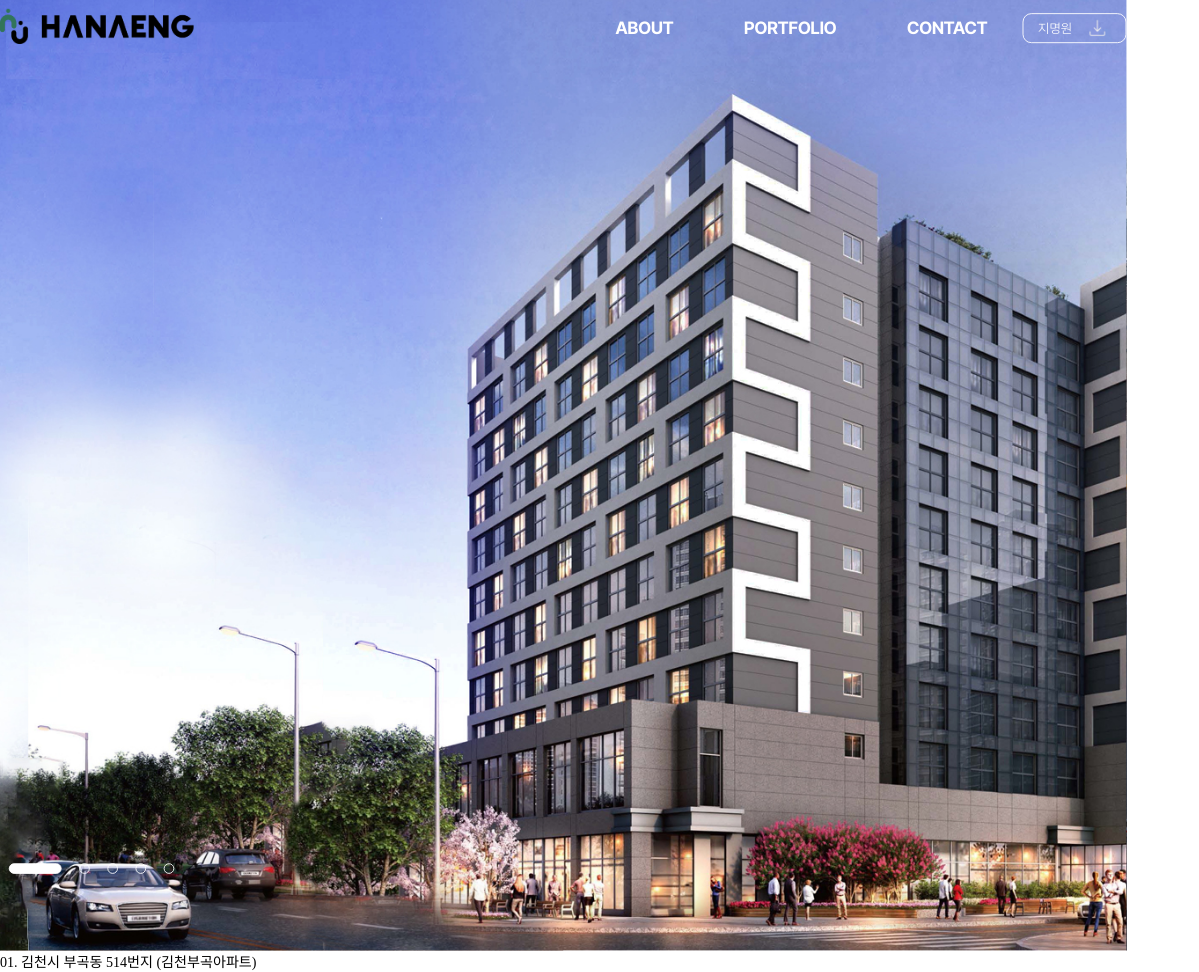
Repository: makeditWeb/hanaenc
Page: main.html
These files come from the project's save history. The page is drawn as it stood at one moment and after the next save; the edit follows.
The browser window is 1280 px wide. The page is 1280 px wide, then 1363 px, so the pictures cover 1363 px, including what lies to the right of the window. The pictures show the whole page, at 88% of full size.
Some web libraries are served in a nearby version.

Above is the page before, as saved 2023-07-05 18:30:55.

### main.html
<!DOCTYPE html>
<html lang="en">
<head>
    <meta charset="UTF-8">
    <meta name="viewport" content="width=device-width, initial-scale=1.0">
    <title>Document</title>

    <link rel="stylesheet" href="./css/style.css">

    <link rel="stylesheet" type="text/css" href="//cdn.jsdelivr.net/npm/slick-carousel@1.8.1/slick/slick.css"/>
</head>
<body>
    <header id="nav-menu" aria-label="navigation bar">
        <div class="container">
            <div class="nav-start">
                <a class="logo" href="/">
                    <img src="./image/logo_b.png"alt="Logo" />
                </a>

            </div>



            <div class="nav-end">
                <nav class="menu">
                    <ul class="menu-bar">
                        <li>
                            <button class="nav-link dropdown-btn" data-dropdown="dropdown1" aria-haspopup="true"
                                aria-expanded="false" aria-label="discover">
                                ABOUT
                            </button>
                            <div id="dropdown1" class="dropdown">
                                <ul role="menu">
                                    <li>
                                        <span class="dropdown-link-title">Browse Categories</span>
                                    </li>
                                    <li role="menuitem">
                                        <a class="dropdown-link" href="#branding">Branding</a>
                                    </li>
                                    <li role="menuitem">
                                        <a class="dropdown-link" href="#illustrations">Illustration</a>
                                    </li>
                                </ul>
                            </div>
                        </li>
                        <li><a class="nav-link" href="/">PORTFOLIO</a></li>
                        <li><a class="nav-link" href="/">CONTACT</a></li>
                    </ul>
                </nav>
                <div class="download_wrap">
                    <p>지명원</p>
                    <img src="./image/navbar_down_w.png">
                </div>
                <button id="hamburger" aria-label="hamburger" aria-haspopup="true" aria-expanded="false">
                    <i class="bx bx-menu" aria-hidden="true"></i>
                </button>
            </div>
        </div>
    </header>

    <section class="main">
        <div class="main-slide-wrap">
            <div class="main-slide">
                <img src="./image/main_slide1.jpg" alt="slide1">
                <p class="slide_title">01. 김천시 부곡동 514번지 (김천부곡아파트)</p>
            </div>
            <div class="main-slide">
                <img src="./image/main_slide2.jpg" alt="slide1">
                <p class="slide_title">01. 김천시 부곡동 514번지 (김천부곡아파트)</p>
            </div>
            <div class="main-slide">
                <img src="./image/main_slide3.jpg" alt="slide1">
                <p class="slide_title">01. 김천시 부곡동 514번지 (김천부곡아파트)</p>
            </div>
            <div class="main-slide">
                <img src="./image/main_slide4.jpg" alt="slide1">
                <p class="slide_title">01. 김천시 부곡동 514번지 (김천부곡아파트)</p>
            </div>
            <div class="main-slide">
                <img src="./image/main_slide5.jpg" alt="slide1">
                <p class="slide_title">01. 김천시 부곡동 514번지 (김천부곡아파트)</p>
            </div>
        </div>
    </section>
</body>

<script type="text/javascript" src="//code.jquery.com/jquery-1.11.0.min.js"></script>
<script type="text/javascript" src="//cdn.jsdelivr.net/npm/slick-carousel@1.8.1/slick/slick.min.js"></script>
<script src="./js/main.js"></script>

<script>
    $(document).ready(function () {
        $('.main-slide-wrap').slick({
            infinite: true,
            slidesToShow: 1,
            dots: true,
            arrows:false,
        });
    });
</script>
</html>

### css/style.css
* {
    margin: 0;
    padding: 0;
    box-sizing: border-box;
}

:root {
    --dark-grey: #333333;
    --medium-grey: #636363;
    --light-grey: #eeeeee;
    --ash: #f4f4f4;
    --primary-color: #2b72fb;
    --white: white;
    --border: 1px solid var(--light-grey);
    --shadow: rgba(0, 0, 0, 0.05) 0px 6px 24px 0px,
        rgba(0, 0, 0, 0.08) 0px 0px 0px 1px;
}


@font-face {
    font-family: 'Pretendard-Thin';
    src: url('../font/Pretendard-Thin.woff') format('woff'),
        url('../font/Pretendard-Thin.woff2') format('woff2');
    font-weight: 100;
    font-style: normal;
}

@font-face {
    font-family: 'Pretendard-ExtraLight';
    src: url('../font/Pretendard-ExtraLight.woff') format('woff'),
    url('../font/Pretendard-ExtraLight.woff2') format('woff2');
    font-weight: 200;
    font-style: normal;
}

@font-face {
    font-family: 'Pretendard-Light';
    src: url('../font/Pretendard-Light.woff') format('woff'),
    url('../font/Pretendard-Light.woff2') format('woff2');
    font-weight: 300;
    font-style: normal;
}

@font-face {
    font-family: 'Pretendard-Regular';
    src: url('../font/Pretendard-Regular.woff') format('woff'),
    url('../font/Pretendard-Regular.woff2') format('woff2');
    font-weight: 400;
    font-style: normal;
}

@font-face {
    font-family: 'Pretendard-Medium';
    src: url('../font/Pretendard-Medium.woff') format('woff'),
    url('../font/Pretendard-Medium.woff2') format('woff2');
    font-weight: 500;
    font-style: normal;
}

@font-face {
    font-family: 'Pretendard-SemiBold';
    src: url('../font/Pretendard-SemiBold.woff') format('woff'),
    url('../font/Pretendard-SemiBold.woff2') format('woff2');
    font-weight: 600;
    font-style: normal;
}

@font-face {
    font-family: 'Pretendard-Bold';
    src: url('../font/Pretendard-Bold.woff') format('woff'),
    url('../font/Pretendard-Bold.woff2') format('woff2');
    font-weight: 700;
    font-style: normal;
}

@font-face {
    font-family: 'Pretendard-ExtraBold';
    src: url('../font/Pretendard-ExtraBold.woff') format('woff'),
    url('../font/Pretendard-ExtraBold.woff2') format('woff2');
    font-weight: 800;
    font-style: normal;
}

@font-face {
    font-family: 'Pretendard-Black';
    src: url('../font/Pretendard-Black.woff') format('woff'),
    url('../font/Pretendard-Black.woff2') format('woff2');
    font-weight: 800;
    font-style: normal;
}


body {
    font-family: inherit;

}

ul {
    list-style: none;
}

a {
    text-decoration: none;
}

button {
    border: none;
    background-color: transparent;
    cursor: pointer;
    outline: none;
}

.btn {
    display: block;
    text-align: center;
    padding: 0.6rem 1.4rem;
    font-size: 1rem;
    font-weight: 500;
    border-radius: 5px;
}


.logo {
    width: 220px;
    height: auto;
}

.logo img{
    width: 100%;
    height: 100%;
}

#nav-menu {
    background-color: transparent;
    position: fixed;
    top: 0;
    left: 0;
    height: 100px;
    width: 100%;
    z-index: 9;
    height: 90px;
}

.container {
    display: flex;
    align-items: center;
    justify-content: space-between;
    column-gap: 2rem;

    max-width: 1410px;
    margin: 0 auto;
}

.menu {
    position: relative;
}

.menu-bar li{
    position: relative;
}


.menu-bar li:first-child ul:nth-child(1) {
    border-right: var(--border);
}

.menu-bar li:nth-child(n + 2) ul:nth-child(1) {
    border-bottom: var(--border);
}

.menu-bar .dropdown-link-title {
    font-weight: 600;
}

.menu-bar .nav-link {
    font-size: 20px;
    letter-spacing: -0.6px;
    padding: 20px 40px;
    color: #fff;
    font-family: 'Pretendard-Bold';
    box-sizing: border-box;
}


.menu-bar .nav-link:hover,
.dropdown-link:hover {
    color: var(--primary-color);
}

.nav-start,
.nav-end,
.menu-bar,
.right-container,
.right-container .search {
    display: flex;
    align-items: center;
}

.dropdown {
    display: flex;
    flex-direction: column;
    min-width: 230px;
    background-color: var(--white);
    border-radius: 10px;
    position: absolute;
    top: 36px;
    z-index: 1;
    visibility: hidden;
    opacity: 0;
    transform: scale(0.97) translateX(-5px);
    transition: 0.1s ease-in-out;
    box-shadow: var(--shadow);
}

.dropdown.active {
    visibility: visible;
    opacity: 1;
    transform: scale(1) translateX(5px);
}

.dropdown ul {
    display: flex;
    flex-direction: column;
    gap: 0.5rem;
    padding: 1.2rem;
    font-size: 0.95rem;
}

.dropdown-btn {
    display: flex;
    align-items: center;
    justify-content: space-between;
    gap: 0.15rem;
}

.dropdown-link {
    display: flex;
    gap: 0.5rem;
    padding: 0.5rem 0;
    border-radius: 7px;
    transition: 0.1s ease-in-out;
}

.dropdown-link p {
    font-size: 0.8rem;
    color: var(--medium-grey);
}

.right-container {
    display: flex;
    align-items: center;
    column-gap: 1rem;
}

.right-container .search {
    position: relative;
}

.right-container img {
    border-radius: 50%;
}

.search input {
    background-color: var(--ash);
    border: none;
    border-radius: 6px;
    padding: 0.7rem;
    padding-left: 2.4rem;
    font-size: 16px;
    width: 100%;
    border: var(--border);
}

.search .bx-search {
    position: absolute;
    left: 10px;
    top: 50%;
    font-size: 1.3rem;
    transform: translateY(-50%);
    opacity: 0.6;
}

#hamburger {
    display: none;
    padding: 0.1rem;
    margin-left: 1rem;
    font-size: 1.9rem;
}

.download_wrap{
    display: flex;
    align-items: center;
    justify-content: center;
    border: 1px solid #fff;
    border-radius: 10px;
    width: 118px;
    height: 34px;

}

.download_wrap p{
    font-size: 15px;
    color: #fff;
    font-family: 'Pretendard-Light';
    margin-right: 14px;
}

.download_wrap img{
    width: 30px;
    height: 30px;
}

.slick-dots{
    display: flex;
    align-items: center;
    padding: 1rem 0;
    list-style-type: none;
    position: absolute;
    bottom: 95px;
    max-width: 1410px;
    width: 100%;
    margin: 0 auto;
    left: 0;
}

.slick-dots li {
    margin: 0 10px;
}

.slick-dots button {
    display: block;
    width: 12px;
    height: 12px;
    border-radius: 50%;
    padding: 0;
    border: none;
    background-color: transparent;
    border: 1px solid #fff;
    text-indent: -9999px;
}

.slick-dots li.slick-active button {
    width: 60px;
    height: 12px;
    background-color: #fff;
    border-radius: 10px;
  }

@media (max-width: 1100px) {
    #hamburger {
        display: block;
    }

    .container {
        padding: 1.2rem;
    }

    .menu {
        display: none;
        position: absolute;
        top: 87px;
        left: 0;
        min-height: 100vh;
        width: 100vw;
    }

    .menu-bar li:first-child ul:nth-child(1) {
        border-right: none;
        border-bottom: var(--border);
    }

    .dropdown {
        display: none;
        min-width: 100%;
        border: none !important;
        border-radius: 5px;
        position: static;
        top: 0;
        left: 0;
        visibility: visible;
        opacity: 1;
        transform: none;
        box-shadow: none;
    }

    .menu.show,
    .dropdown.active {
        display: block;
    }

    .dropdown ul {
        padding-left: 0.3rem;
    }

    .menu-bar {
        display: flex;
        flex-direction: column;
        align-items: stretch;
        row-gap: 1rem;
        padding: 1rem;
    }

    .menu-bar .nav-link {
        display: flex;
        justify-content: space-between;
        width: 100%;
        font-weight: 600;
        font-size: 1.2rem;
        margin: 0;
    }

    .menu-bar li:first-child .dropdown {
        min-width: 100%;
    }

    .menu-bar>li:not(:last-child) {
        padding-bottom: 0.5rem;
        border-bottom: var(--border);
    }
}

@media (max-width: 600px) {
    .right-container {
        display: none;
    }
}

### js/main.js


// main

const dropdownBtn = document.querySelectorAll(".dropdown-btn");
const dropdown = document.querySelectorAll(".dropdown");
const hamburgerBtn = document.getElementById("hamburger");
const navMenu = document.querySelector(".menu");
const links = document.querySelectorAll(".dropdown a");

function setAriaExpandedFalse() {
  dropdownBtn.forEach((btn) => btn.setAttribute("aria-expanded", "false"));
}

function closeDropdownMenu() {
  dropdown.forEach((drop) => {
    drop.classList.remove("active");
    drop.addEventListener("click", (e) => e.stopPropagation());
  });
}

function toggleHamburger() {
  navMenu.classList.toggle("show");
}

dropdownBtn.forEach((btn) => {
  btn.addEventListener("click", function (e) {
    const dropdownIndex = e.currentTarget.dataset.dropdown;
    const dropdownElement = document.getElementById(dropdownIndex);

    dropdownElement.classList.toggle("active");
    dropdown.forEach((drop) => {
      if (drop.id !== btn.dataset["dropdown"]) {
        drop.classList.remove("active");
      }
    });
    e.stopPropagation();
    btn.setAttribute(
      "aria-expanded",
      btn.getAttribute("aria-expanded") === "false" ? "true" : "false"
    );
  });
});

// close dropdown menu when the dropdown links are clicked
links.forEach((link) =>
  link.addEventListener("click", () => {
    closeDropdownMenu();
    setAriaExpandedFalse();
    toggleHamburger();
  })
);

// close dropdown menu when you click on the document body
document.documentElement.addEventListener("click", () => {
  closeDropdownMenu();
  setAriaExpandedFalse();
});

// close dropdown when the escape key is pressed
document.addEventListener("keydown", (e) => {
  if (e.key === "Escape") {
    closeDropdownMenu();
    setAriaExpandedFalse();
  }
});

// toggle hamburger menu
hamburgerBtn.addEventListener("click", toggleHamburger);

After the next save:
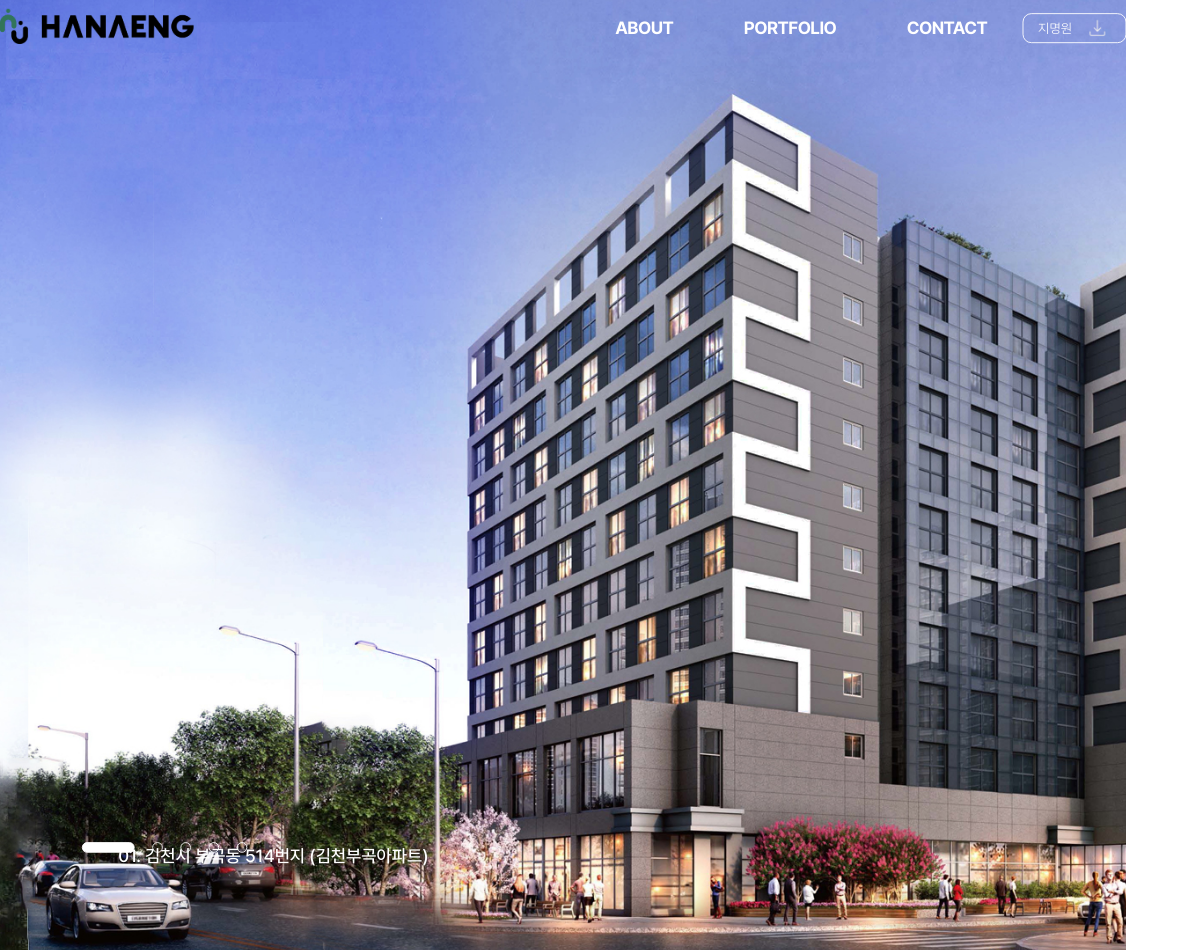
Saved 4 min 33 s later.
--- a/css/style.css
+++ b/css/style.css
@@ -310,6 +310,20 @@
     height: 30px;
 }
 
+.main-slide {
+    width: 100%;
+    position: relative;
+}
+
+.main-slide p{
+    color: #fff;
+    position: absolute;
+    bottom: 95px;
+    left: 10.5%;
+    font-size: 20px;
+    font-family: 'Pretendard-Medium';
+}
+
 .slick-dots{
     display: flex;
     align-items: center;
@@ -320,7 +334,7 @@
     max-width: 1410px;
     width: 100%;
     margin: 0 auto;
-    left: 0;
+    left: 6.5%;
 }
 
 .slick-dots li {
